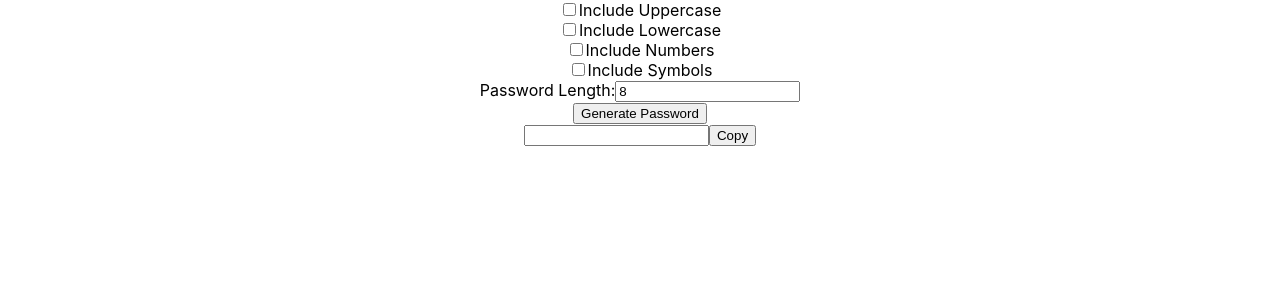
Repository: sriram1224/Password-generator
Page: / (app in password-generator/)
These files come from the project's save history. The page is drawn as it stood at one moment and after the next save; the edit follows.
The browser window is 1280 px wide. The pictures show the whole page.
The project was rebuilt for these pictures with package versions that can differ from the ones it lists, and the page was loaded fresh each time.

Above is the page before, as saved 2024-03-10 21:08:19.

After the next save:
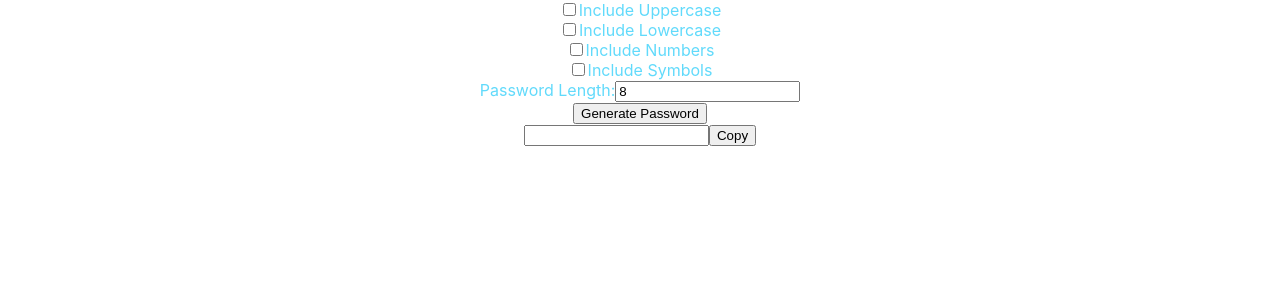
Saved 7 s later.
--- a/password-generator/src/App.css
+++ b/password-generator/src/App.css
@@ -24,7 +24,7 @@
   color: white;
 }
 
-.App-link {
+.App {
   color: #61dafb;
 }
 

After the save that followed:
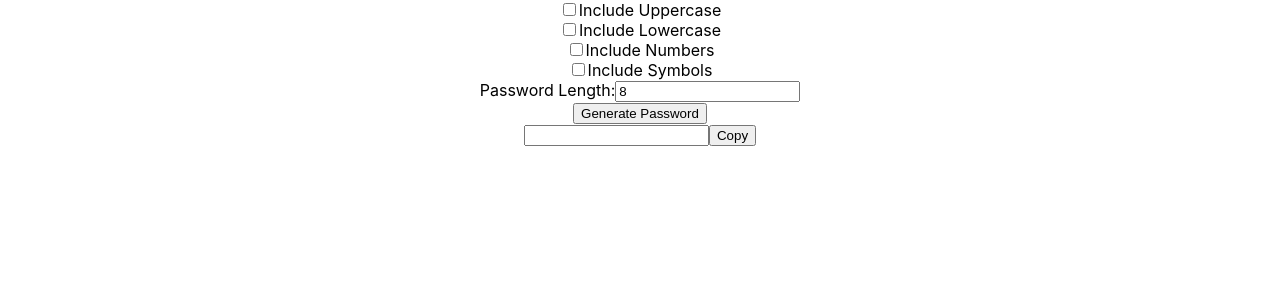
Saved 5 s later.
--- a/password-generator/src/App.css
+++ b/password-generator/src/App.css
@@ -24,7 +24,7 @@
   color: white;
 }
 
-.App {
+.App-link {
   color: #61dafb;
 }
 
